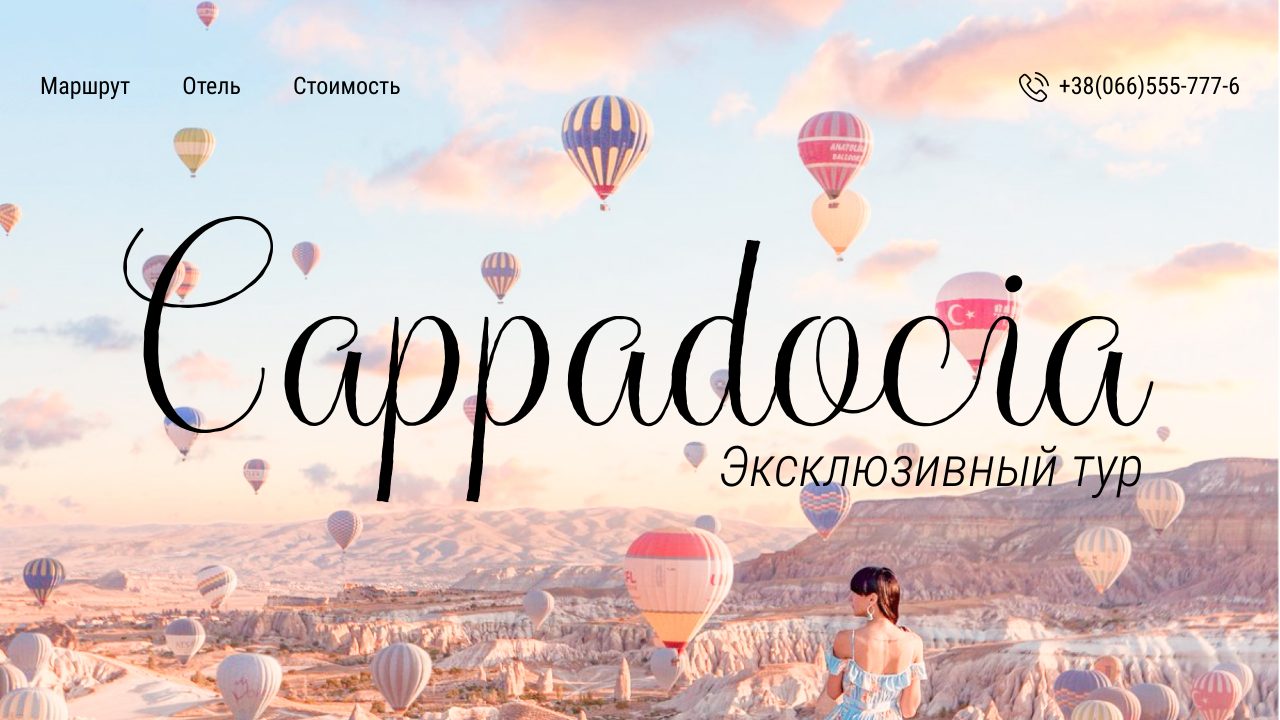
Repository: Lareeman/cappadocia
Page: index.html
These files come from the project's save history. The page is drawn as it stood at one moment and after the next save; the edit follows.
The browser window is 1280 px wide. The pictures show the whole page.

Above is the page before, as saved 2024-01-27 10:32:45.

### index.html
<!DOCTYPE html>
<html lang="en">

<head>
  <meta charset="UTF-8">
  <meta name="viewport" content="width=device-width, initial-scale=1.0">
  <meta http-equiv="X-UA-Compatible" content="ie=edge">
  <title>Cappadocia</title>
  <link rel="stylesheet" href="css/reset.css">
  <link rel="stylesheet" href="css/slick.css">
  <link rel="stylesheet" href="css/style.css">
</head>

<body>
  <header class="header">
    <div class="container">
      <div class="header__top">
        <nav class="menu">
          <ul class="menu__list">
            <li class="menu__item"><a class="menu__link" href="#">Маршрут</a></li>
            <li class="menu__item"><a class="menu__link" href="#">Отель</a></li>
            <li class="menu__item"><a class="menu__link" href="#">Стоимость</a></li>
          </ul>
        </nav>
        <a class="header__phone" href="tel:+380665557776">+38(066)555-777-6</a>
      </div>
      <h1 class="header__title">Cappadocia<span>Эксклюзивный тур</span></h1>
    </div>
  </header>
  <section class="fairy page-section">
    <div class="container">
      <h3 class="fairy__title title"></h3>
    </div>
  </section>

  <script src="https://ajax.googleapis.com/ajax/libs/jquery/3.4.1/jquery.min.js"></script>
  <script src="js/slick.min.js"></script>
  <script src="js/main.js"></script>
</body>

</html>

### css/style.css
:root {
  --black: #000;
}

@font-face {
  font-family: 'Balqis';
  src: url('../fonts/balqis.woff2');
  src: url('../fonts/balqis.woff2') format('woff2'),
    url('../fonts/balqis.woff') format('woff');

  font-style: normal;
  font-weight: 300;
  font-display: swap;
}

@font-face {
  font-family: 'RobotoCondensed-Light';
  src: url('../fonts/RobotoCondensed-Light.woff2');
  src: url('../fonts/RobotoCondensed-Light.woff2') format('woff2'),
    url('../fonts/RobotoCondensed-Light.woff') format('woff');


  font-style: normal;
  font-weight: 300;
  font-display: swap;
}

@font-face {
  font-family: 'RobotoCondensed-LightItalic';
  src: url('../fonts/RobotoCondensed-LightItalic.woff2');
  src: url('../fonts/RobotoCondensed-LightItalic.woff2') format('woff2'),
    url('../fonts/RobotoCondensed-LightItalic.woff') format('woff');
  font-style: italic;
  font-weight: 300;
  font-display: swap;
}

@font-face {
  font-family: 'RobotoCondensed-Regular';
  src: url('../fonts/RobotoCondensed-Regular.woff2');
  src: url('../fonts/RobotoCondensed-Regular.woff2') format('woff2'),
    url('../fonts/RobotoCondensed-Regular.woff') format('woff');


  font-style: 400;
  font-weight: 300;
  font-display: swap;
}

html {
  box-sizing: border-box;
}

*,
*::before,
*::after {
  box-sizing: inherit;
}

a {
  text-decoration: none;
  color: inherit;
}

ul {
  list-style-type: none;
}

body {
  color: var(--black);
  font-family: 'RobotoCondensed-Light';
  font-size: 18px;
  font-style: normal;
  font-weight: 300;
  line-height: normal;
}

.header {
  background-image: url("../images/header-bg.jpg");
  background-size: cover;
  background-repeat: no-repeat;
  background-position: bottom center;
  min-height: 100vh;
}

.container {
  max-width: 1230px;
  padding: 0 15px;
  margin: 0 auto;
}

.header__top {
  padding: 72px 0;
  display: flex;
  justify-content: space-between;
  align-items: center;
  font-size: 24px;
  font-weight: 400;
  font-family: 'RobotoCondensed-Regular';
}

.menu__list {
  display: flex;
  gap: 0 52px;
}

.menu__link {
  transition: all .6s;
}

.menu__link:hover {
  text-decoration: underline;
  /* border-bottom: 1px solid var(--black); */
}

.header__title {
  text-align: center;
  color: var(--black);
  font-family: "Balqis", serif;
  font-size: 250px;
  font-weight: 400;
}

.header__title span {
  text-align: right;
  margin-top: -6%;
  margin-right: 8%;
  display: block;
  font-family: 'RobotoCondensed-LightItalic';
  font-size: 56px;
  font-style: italic;
  font-weight: 300;
}

.header__phone {
  padding-left: 40px;
  position: relative;
}

.header__phone::before {
  content: "";
  position: absolute;
  width: 30px;
  height: 30px;
  left: 0;
  background-image: url('../images/phone-icon.svg');
}

Loaded but not shown: css/reset.css (common file); css/slick.css (common file); js/slick.min.js (library); js/main.js (common file)

After the next save:
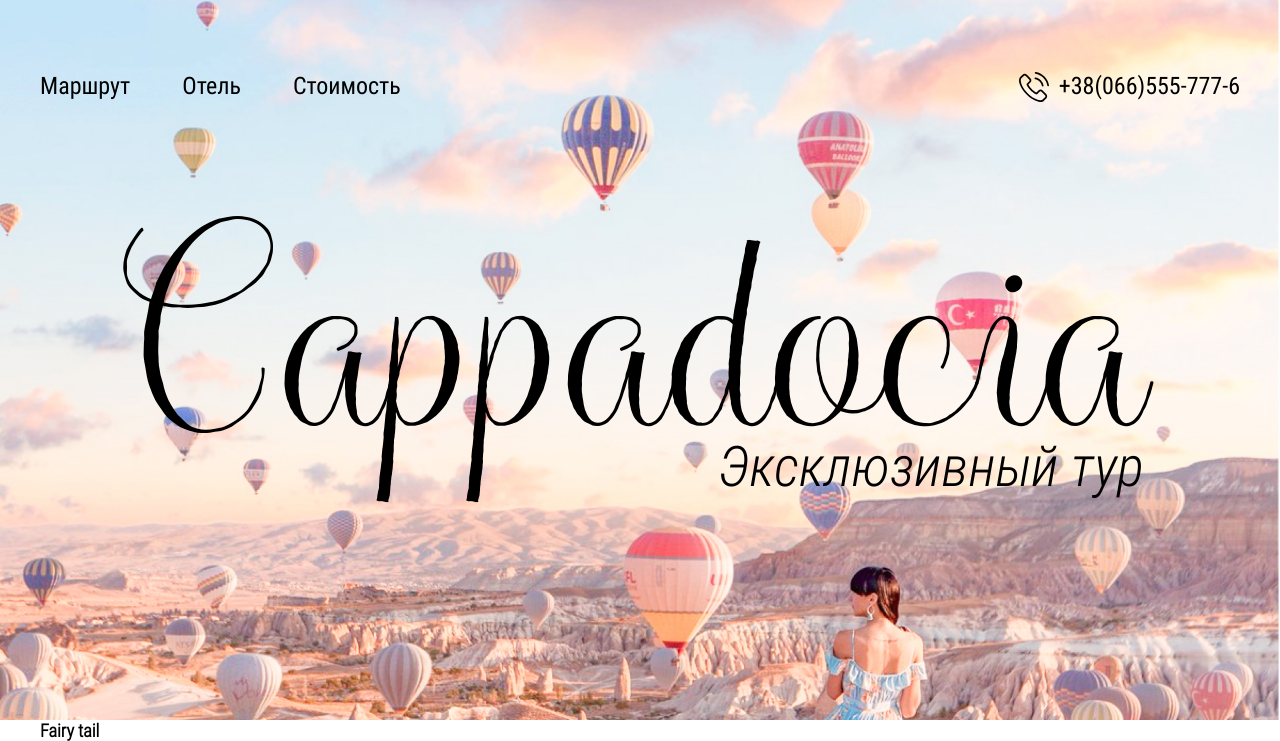
Saved 7 s later.
--- a/index.html
+++ b/index.html
@@ -29,7 +29,7 @@
   </header>
   <section class="fairy page-section">
     <div class="container">
-      <h3 class="fairy__title title"></h3>
+      <h3 class="fairy__title title">Fairy tail</h3>
     </div>
   </section>
 
